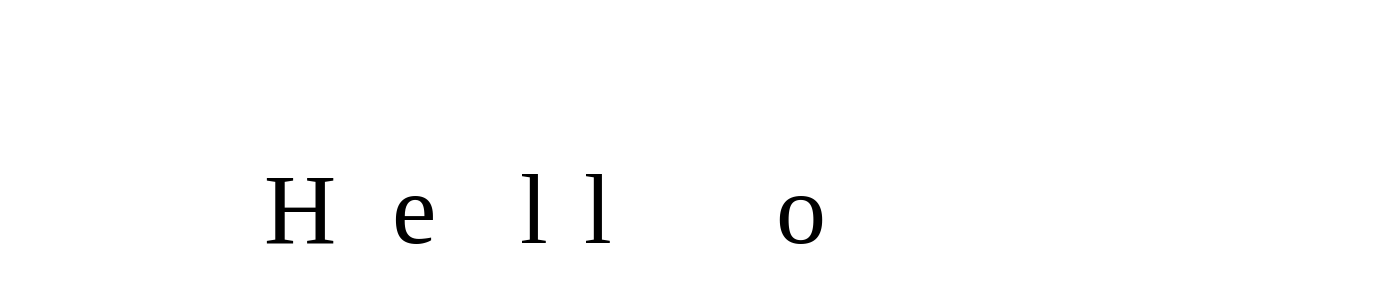
Repository: julihocc/javascript-interview-practice
Page: 01 HTML CSS/Exercise 75/index.html
The author's editor kept a copy of each file at every save. The page is drawn from the files as they stood at one save, then again after the next save.
The browser window is 1280 px wide. The page is 1400 px wide, so the pictures cover 1400 px, including what lies to the right of the window. The pictures show the whole page.

Above is the page before, as saved 2022-09-30 00:24:29.

### 01 HTML CSS/Exercise 75/index.html

<!DOCTYPE html>
<!--[if lt IE 7]>      <html class="no-js lt-ie9 lt-ie8 lt-ie7"> <![endif]-->
<!--[if IE 7]>         <html class="no-js lt-ie9 lt-ie8"> <![endif]-->
<!--[if IE 8]>         <html class="no-js lt-ie9"> <![endif]-->
<!--[if gt IE 8]>      <html class="no-js"> <!--<![endif]-->
<html>
    <head>
        <meta charset="utf-8">
        <meta http-equiv="X-UA-Compatible" content="IE=edge">
        <title></title>
        <meta name="description" content="">
        <meta name="viewport" content="width=device-width, initial-scale=1">
        <link rel="stylesheet" href="./style.css">
    </head>
    <body>
        <div class="wrapper">
            <div class="letter" id="l1">H</div>
            <div class="letter" id="l2">e</div>
            <div class="letter" id="l3">l</div>
            <div class="letter" id="l4">l</div>
            <div class="letter" id="l5">o</div>
        </div>
        <script src="" async defer></script>
    </body>
</html>

### 01 HTML CSS/Exercise 75/style.css
.wrapper {
    position: relative;
    left: 10vw;
    /* font-size:  100px; */
}

.letter{
    position: absolute;
    font-size: 100px;
    top: 20vh;
}

.letter:hover {
    position: absolute;
    font-size: 300px;
    top: 5vh;
}

#l1, #l1:hover {
    left: 10vw;
}

#l2, #l2:hover {
    left: 20vw;
}

#l3, #l3:hover {
    left: 30vw;
}

#l4, #l4:hover {
    left: 35vw;
}

#l5, #l5:hover {
    left: 50vw;
}

After the next save:
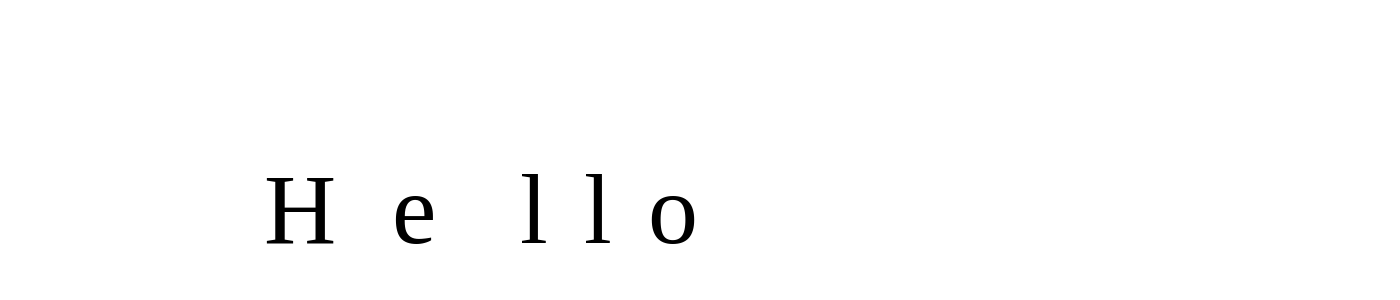
Saved 3 s later.
--- a/01 HTML CSS/Exercise 75/style.css
+++ b/01 HTML CSS/Exercise 75/style.css
@@ -33,5 +33,5 @@
 }
 
 #l5, #l5:hover {
-    left: 50vw;
+    left: 40vw;
 }
